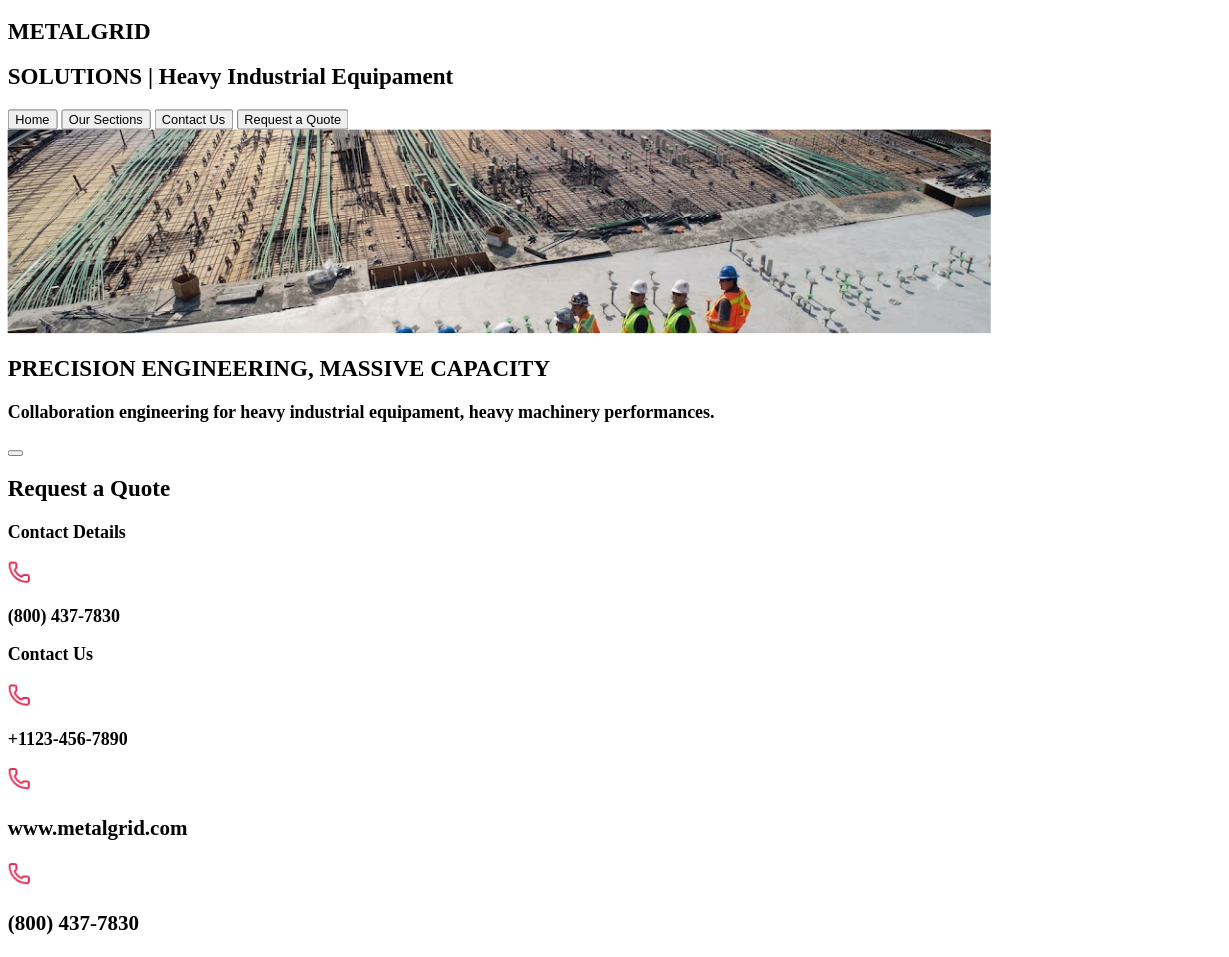
Repository: MiguelSebastiana/AtividadesFrontEnd
Page: aulaDia12Junho/index.html
The author's editor kept a copy of each file at every save. The page is drawn from the files as they stood at one save, then again after the next save.
The browser window is 1280 px wide. The pictures show the whole page, at 96% of full size.

Above is the page before, as saved 2026-06-12 19:18:41.

After the next save:
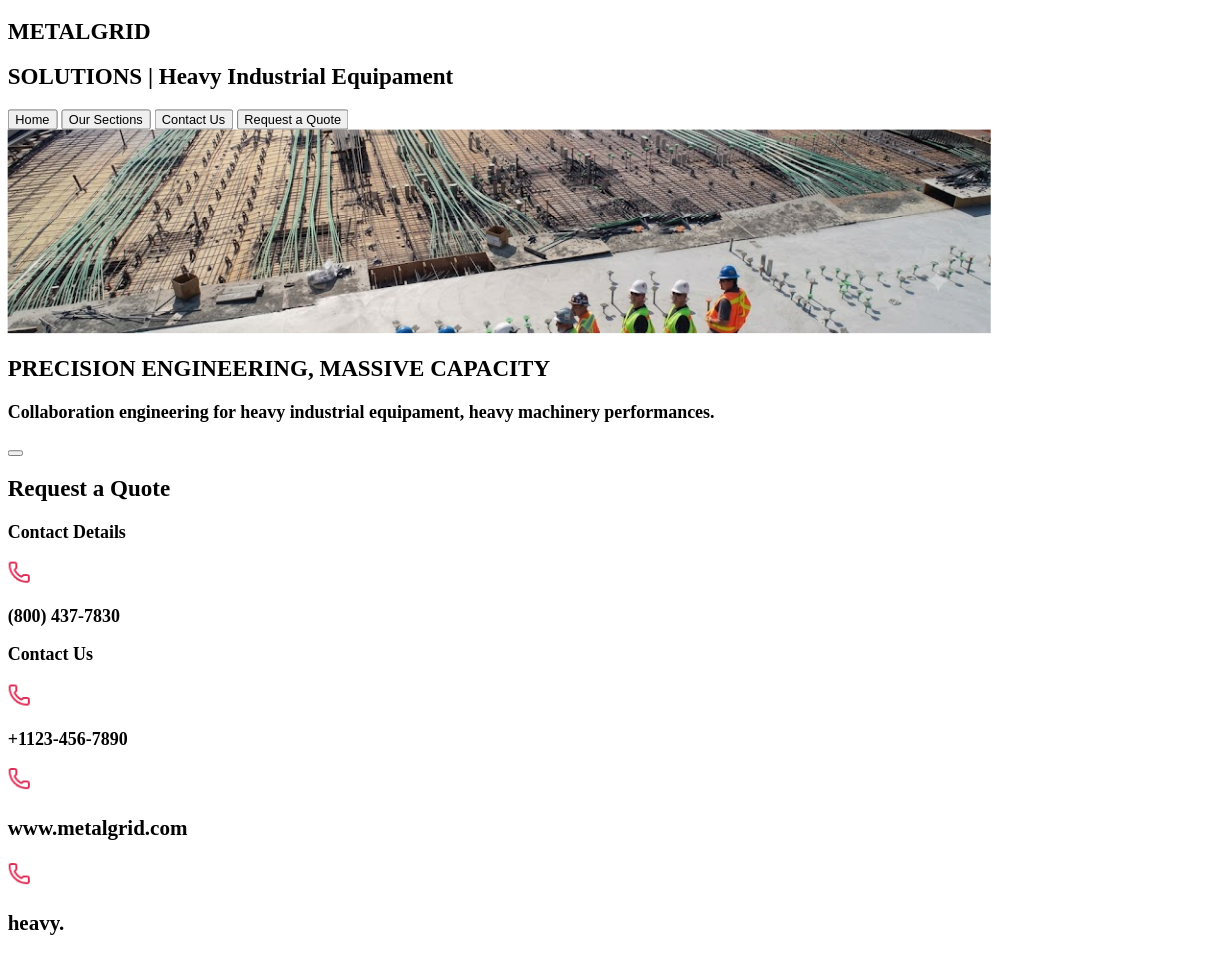
Saved 7 s later.
--- a/aulaDia12Junho/index.html
+++ b/aulaDia12Junho/index.html
@@ -69,7 +69,7 @@
 
                 <div class="iconeTexto">
                     <img class="telefone" src="phone (2).png" alt="Telefone">
-                    <h3 class="numero">(800) 437-7830</h3>
+                    <h3 class="numero">heavy.</h3>
                 </div>
 
                 </h3>
